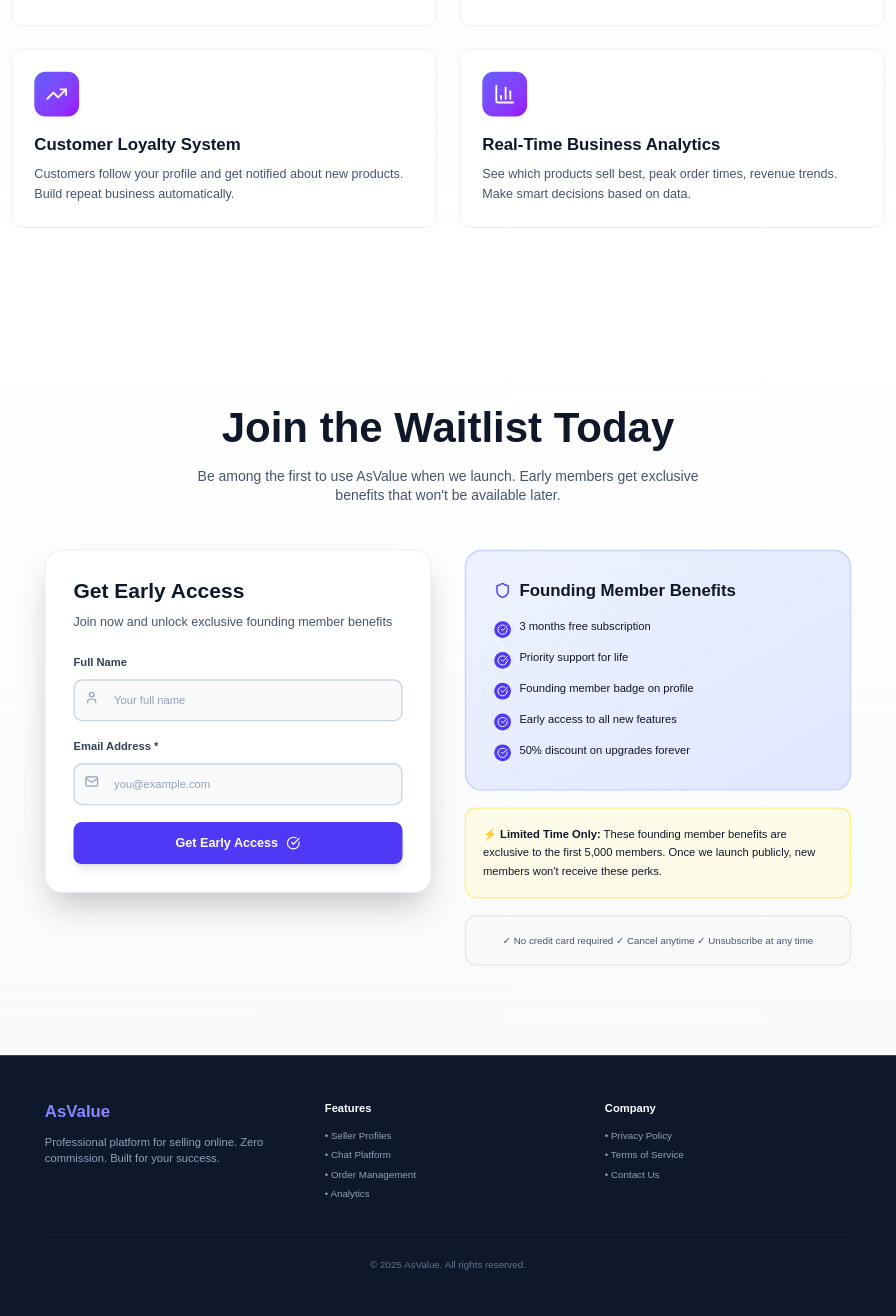
Repository: vikkii2005/asvalue-waitlist
Page: /
The author's editor kept a copy of each file at every save. The page is drawn from the files as they stood at one save, then again after the next save.
The browser window is 1280 px wide. The pictures show the part of the page from y = 3509 to 5429 px (the page is 5389 px tall before and 5429 px after), at 70% of full size.
The page's requests for data from a server got no answer. The project was rebuilt for these pictures with package versions that can differ from the ones it lists, and the page was loaded fresh each time. The framework's server and built-in components were replaced by stand-ins that run in the browser. No one was signed in, and anything a server would have sent is missing. Also part of the build but not shown: next.config.ts, components/ReferralDashboard.tsx.

Above is the page before, as saved 2025-10-31 09:42:58.

After the next save:
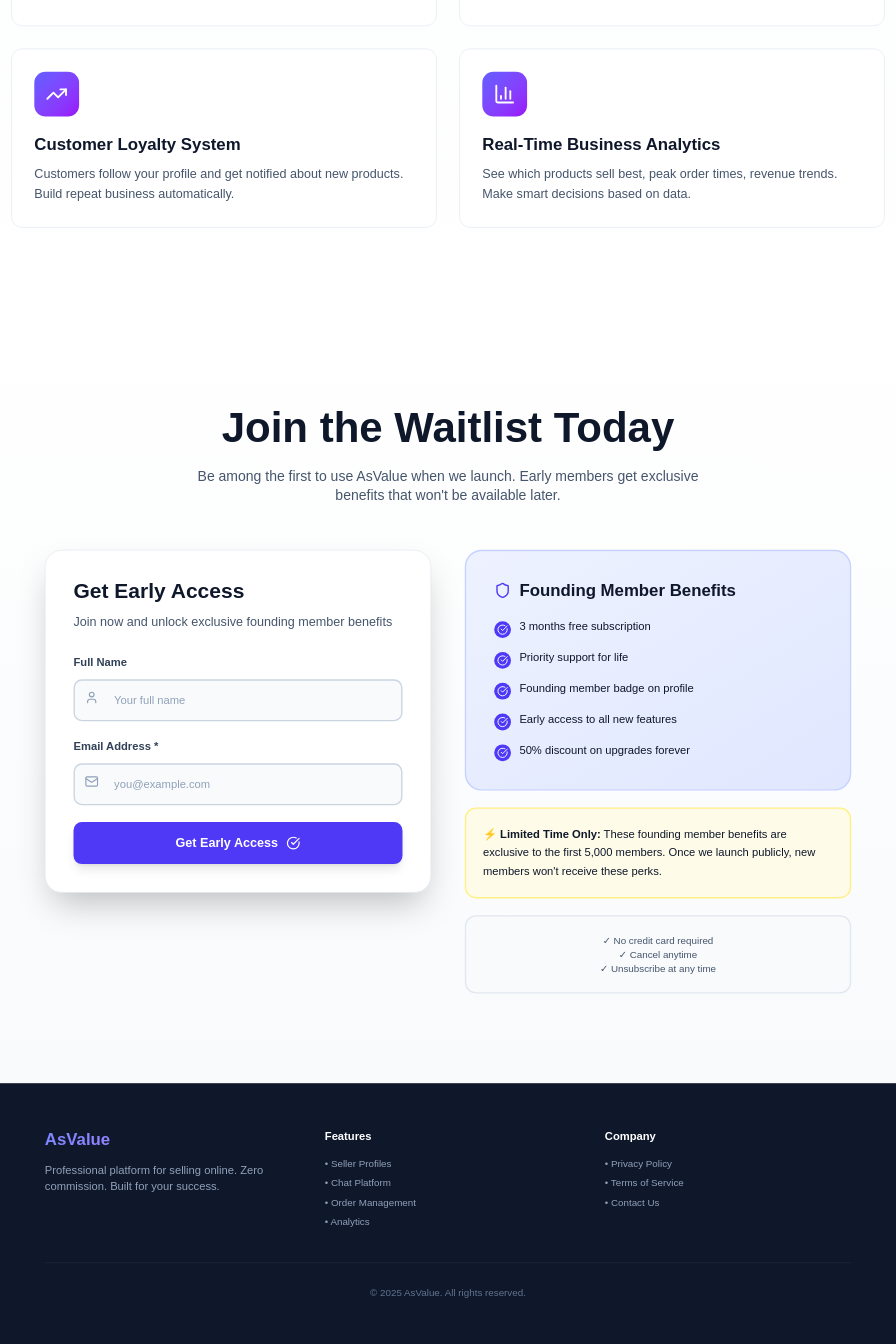
Saved 99 s later.
--- a/components/WaitlistForm.tsx
+++ b/components/WaitlistForm.tsx
@@ -38,9 +38,14 @@
         return
       }
 
+      if (!supabase) {
+        toast.error('Supabase not initialized')
+        setLoading(false)
+        return
+      }
+
       const newReferralCode = generateReferralCode()
 
-      // Insert user
       const { error: insertError } = await supabase
         .from('waitlist')
         .insert([
@@ -56,7 +61,6 @@
 
       if (insertError) throw insertError
 
-      // Update referrer count if exists
       if (referralCode) {
         await supabase.rpc('increment_referral_count', {
           ref_code: referralCode
@@ -218,8 +222,8 @@
 
             <div className="bg-slate-50 border-2 border-slate-200 rounded-2xl p-6">
               <p className="text-sm text-slate-600 text-center">
-                ✓ No credit card required
-                ✓ Cancel anytime
+                ✓ No credit card required<br />
+                ✓ Cancel anytime<br />
                 ✓ Unsubscribe at any time
               </p>
             </div>
